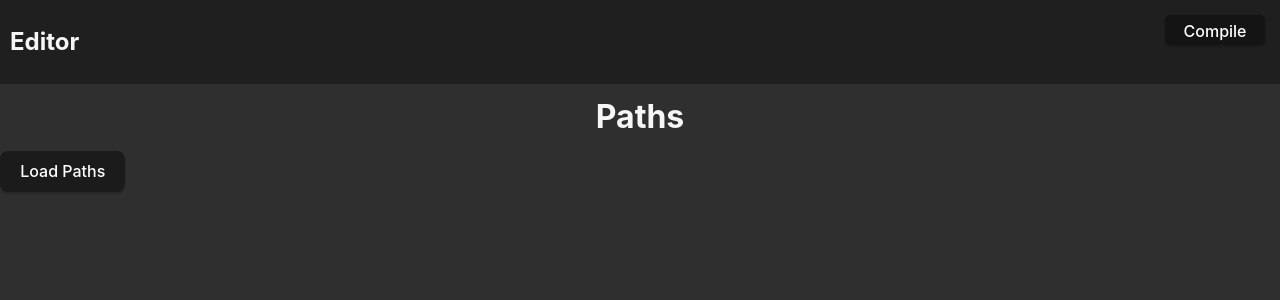
Repository: toasted226/visual-scripting-js
Page: /
An editor plug-in stored every save of this project. The page is shown before and after the next save, followed by the edit.
The browser window is 1280 px wide. The pictures show the whole page.
The project was rebuilt for these pictures with package versions that can differ from the ones it lists, and the page was loaded fresh each time. Also part of the build but not shown: vite.config.ts.

Above is the page before, as saved 2023-06-12 18:55:01.

### index.html
<!DOCTYPE html>
<html lang="en">
  <head>
    <meta charset="UTF-8" />
    <link rel="icon" type="image/svg+xml" href="/vite.svg" />
    <meta name="viewport" content="width=device-width, initial-scale=1.0" />
    <title>Visual Scripting for JavaScript</title>
  </head>

  <body>
    <div id="root"></div>
    <script type="module" src="/src/main.tsx"></script>
  </body>
</html>

### src/App.tsx
import { invoke } from "@tauri-apps/api/tauri";
import { useState } from "react";
import "./App.css";
import Navbar from "./Navbar";

function App() {
    const [paths, setPaths] = useState<string[]>([]);

    // Do not run this function every rendering frame, will freeze the app!
    function load_paths() {
        invoke("enumerate_files", { dir: "C:/Users/keaga/OneDrive/Documents" })
            .then((res) => {
                setPaths(res as string[]);
            })
            .catch((err) => {
                console.error(err);
            });
    }

    return (
        <div className="container">
            <Navbar />
            <div className="content">
                <h1>Paths</h1>
                {/* TODO: We need to have some sort of native menu option to select a directory */}
                <button onClick={load_paths}>Load Paths</button>
                {paths.map((path) => {
                    return <p>{path}</p>
                })}
            </div>
        </div>
    );
}

export default App;

### src/styles.css
:root {
    --dark: #2f2f2f;
    --light: #f6f6f6;

    font-family: Inter, Avenir, Helvetica, Arial, sans-serif;
    font-size: 16px;
    line-height: 24px;
    font-weight: 400;

    color: #f6f6f6;
    background-color: #2f2f2f;

    font-synthesis: none;
    text-rendering: optimizeLegibility;
    -webkit-font-smoothing: antialiased;
    -moz-osx-font-smoothing: grayscale;
    -webkit-text-size-adjust: 100%;
}

/* width */
::-webkit-scrollbar {
    width: 10px;
}

/* Track */
::-webkit-scrollbar-track {
    background: #1f1f1f;
}

/* Handle */
::-webkit-scrollbar-thumb {
    background: #3f3f3f;
}

/* Handle on hover */
::-webkit-scrollbar-thumb:hover {
    background: #555;
}

.row {
    display: flex;
    justify-content: center;
}

a {
    font-weight: 500;
    color: #646cff;
    text-decoration: inherit;
}

a:hover {
    color: #535bf2;
}

h1 {
    text-align: center;
}

input,
button {
    border-radius: 8px;
    border: 1px solid transparent;
    padding: 0.6em 1.2em;
    font-size: 1em;
    font-weight: 500;
    font-family: inherit;
    transition: border-color 0.25s;
    box-shadow: 0 2px 2px rgba(0, 0, 0, 0.2);
    outline: none;
    color: #ffffff;
    background-color: #0f0f0f98;
}

button {
    cursor: pointer;
}

button:hover {
    border-color: #ffffff;
}

button:active {
    background-color: #0f0f0f69;
}

### src/Navbar.tsx
import { invoke } from "@tauri-apps/api/tauri";
import "./Navbar.css";

function Navbar() {
    return (
        <nav className="navbar">
            <h1>Editor</h1>
            <button className="compile-btn">Compile</button>
        </nav>
    );
}

export default Navbar;

### src/Navbar.css
.navbar {
    background-color: #1f1f1f;
    margin: 0;
    padding: 10px;
    display: flex;
    justify-content: space-between;
}

.compile-btn {
    color: white;
    border-radius: 5px;
    padding: 5px;
    margin: 5px;
    width: 100px;
    height: 30px;
}

.compile-btn:hover {
    background-color: #1f1f1f;
    border: 1px solid white;
}

Loaded but not shown: src/main.tsx (common file); src/App.css (common file)

After the next save:
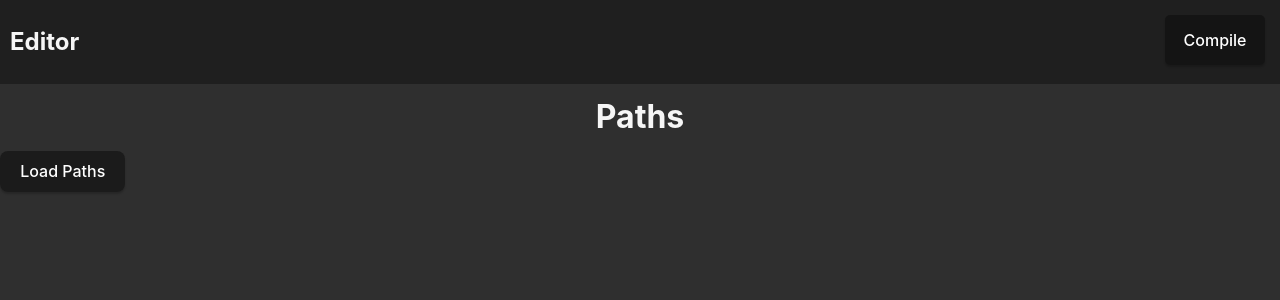
Saved 19 s later.
--- a/src/Navbar.css
+++ b/src/Navbar.css
@@ -12,7 +12,7 @@
     padding: 5px;
     margin: 5px;
     width: 100px;
-    height: 30px;
+    height: 50px;
 }
 
 .compile-btn:hover {
